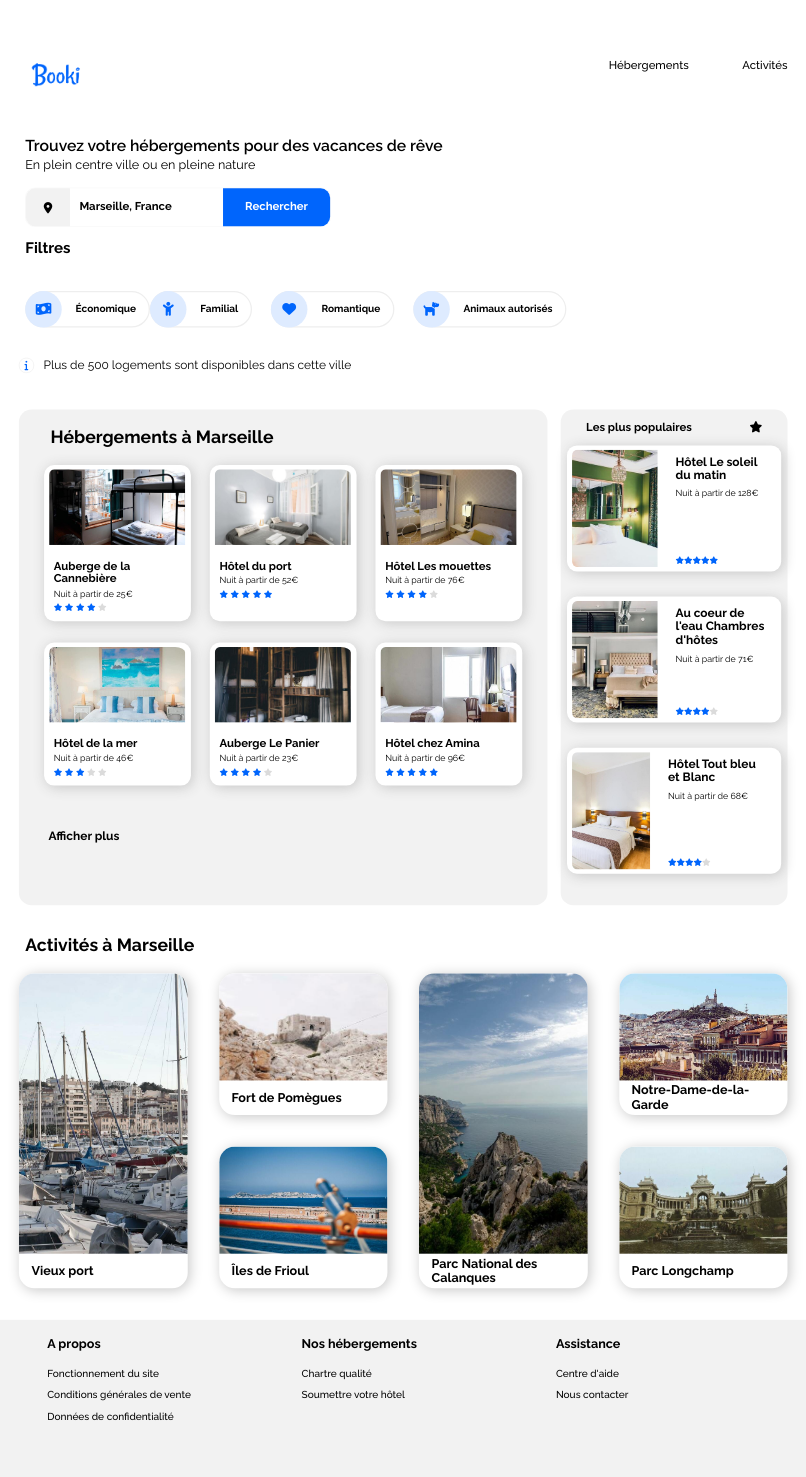
Repository: leandroBarbosaFR/booki
Page: index.html
An editor plug-in stored every save of this project. The page is shown before and after the next save, followed by the edit.
The browser window is 1280 px wide. The pictures show the whole page, at 63% of full size.

Above is the page before, as saved 2022-07-22 16:09:49.

After the next save:
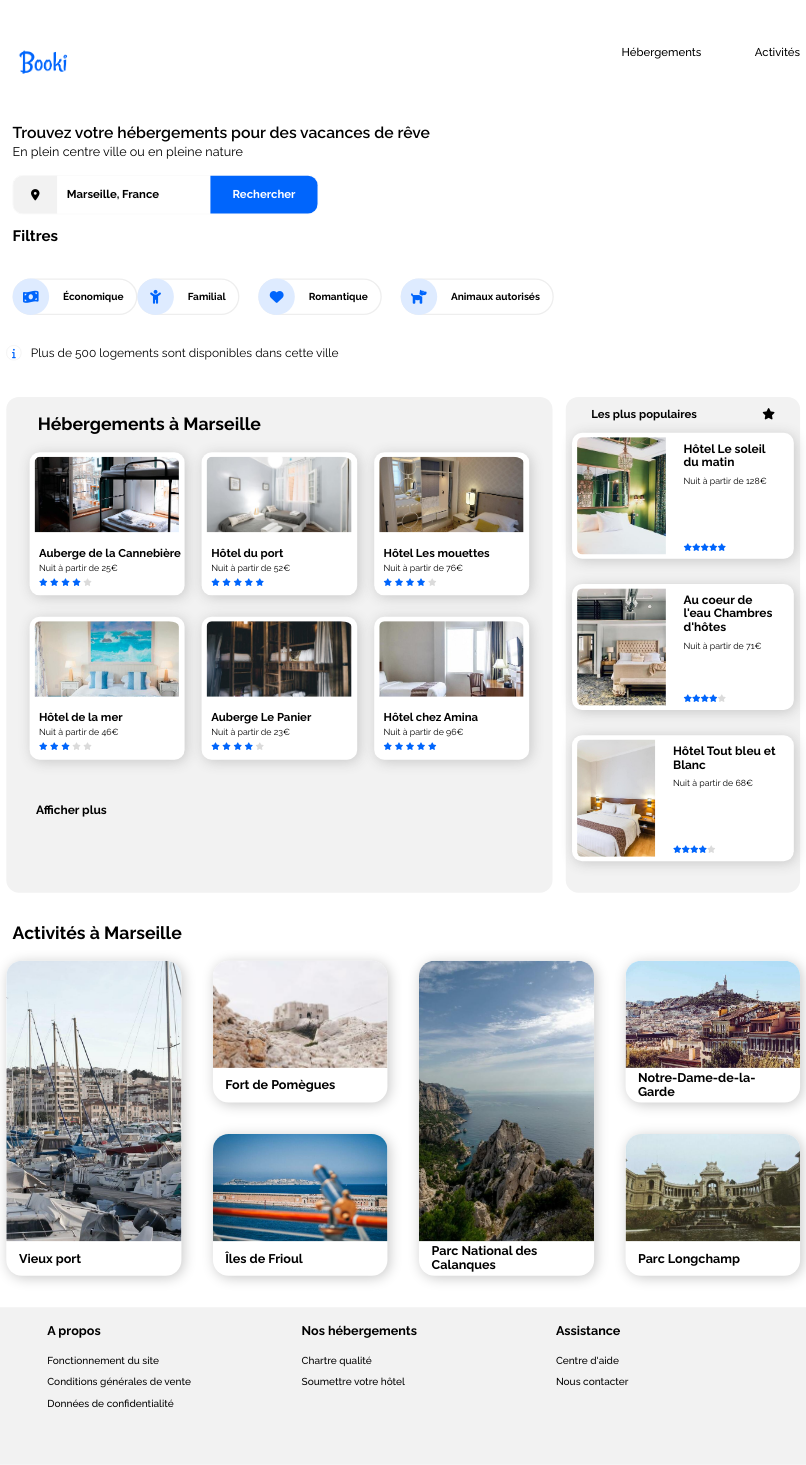
Saved 13 s later.
--- a/css/style.css
+++ b/css/style.css
@@ -3,7 +3,7 @@ body {
 }
 
 .body {
-  margin: 30px;
+  margin: 10px;
 }
 
 .h2-filtres {
